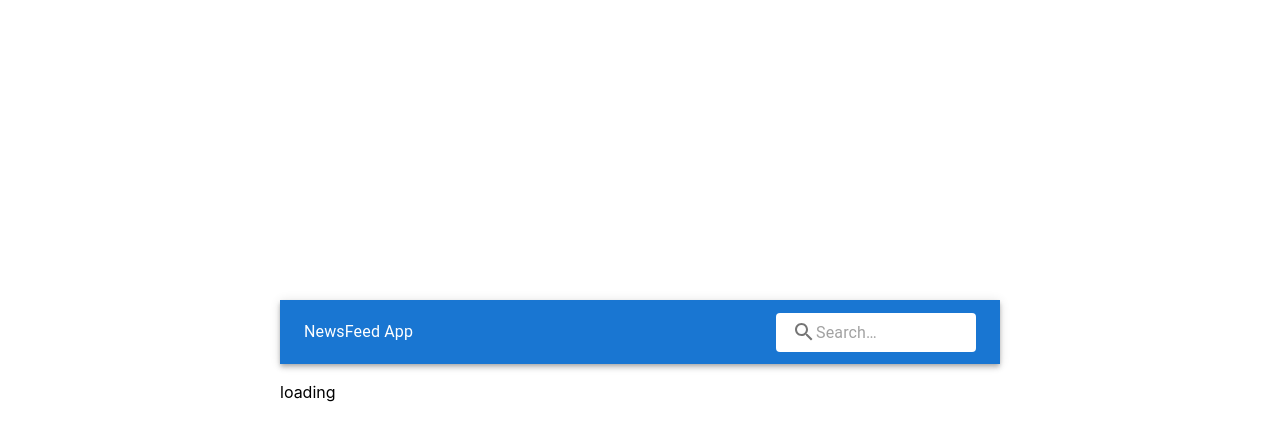
Repository: Baraajad231/News-Feed
Page: /
These files come from the project's save history. The page is drawn as it stood at one moment and after the next save; the edit follows.
The browser window is 1280 px wide. The pictures show the whole page.
The page's requests for data from a server got no answer. The project was rebuilt for these pictures with package versions that can differ from the ones it lists, and the page was loaded fresh each time. No one was signed in, and anything a server would have sent is missing. Also part of the build but not shown: vite.config.js, src/components/newsArticle.jsx.

Above is the page before, as saved 2026-03-20 18:50:21.

### index.html
<!doctype html>
<html lang="en">
  <head>
    <meta charset="UTF-8" />
    <link rel="icon" type="image/svg+xml" href="/favicon.svg" />
    <meta name="viewport" content="width=device-width, initial-scale=1.0" />
    <title>vite-project</title>
  </head>
  <body>
    <div id="root"></div>
    <script type="module" src="/src/main.jsx"></script>
  </body>
</html>

### src/index.css
:root {
  font-family: Inter, system-ui, Avenir, Helvetica, Arial, sans-serif;
  line-height: 1.5;
  font-weight: 400;
}

body {
  margin: 0 auto;
  display: flex;
  place-items: center;
  min-width: 320px;
  max-width: 768px;
  min-height: 100vh;
}

#root {
  width: 100%;
}

### src/App.jsx
import { Container } from "@mui/material";
import NewsFeed from "./components/NewsFeed";
import NewsHeader from "./components/NewsHeader";
import { useEffect, useState } from "react";

function App() {
  const [articles, setArticles] = useState([]);
  const [isLoading, setIsLoading] = useState(false);

  const loadData = async (q) => {
    setIsLoading(true);
    const response = await fetch(
      `https://newsapi.org/v2/top-headlines?country=us&q=${q}&apiKey=${import.meta.env.VITE_NEWS_API_KEY}`,
    );
    const data = await response.json();
    setIsLoading(true);

    return data?.articles?.map((article) => {
      const { title, description, urlToImage, author, publishedAt } = article;
      return { title, description, author, publishedAt, image: urlToImage };
    });
  };
  // تختصار ل data => setArticles(data)

  useEffect(() => {
    loadData("").then(setArticles);
  }, []);

  const searchChangeHandler = (newQuery) => {
    loadData(newQuery).then(setArticles);
  };
  return (
    <Container>
      <NewsHeader onSearchChange={searchChangeHandler} />
      {articles.length ? <NewsFeed articles={articles} /> : <p>loading</p>}
    </Container>
  );
}

export default App;

### src/components/NewsHeader.jsx
import AppBar from "@mui/material/AppBar";
import Toolbar from "@mui/material/Toolbar";
import Typography from "@mui/material/Typography";
import InputBase from "@mui/material/InputBase";
import SearchIcon from "@mui/icons-material/Search";
import { styled } from "@mui/material/styles";

const Search = styled("div")(({ theme }) => ({
  position: "relative",
  borderRadius: theme.shape.borderRadius,
  backgroundColor: theme.palette.common.white,
  "&:hover": {
    backgroundColor: theme.palette.common.white,
  },
  marginLeft: "auto",
  width: 200,
}));
const SearchIconWrapper = styled("div")(({ theme }) => ({
  padding: theme.spacing(0, 2),
  height: "100%",
  position: "absolute",
  pointerEvents: "none",
  display: "flex",
  alignItems: "center",
  justifyContent: "center",
}));
const StyledInputBase = styled(InputBase)(({ theme }) => ({
  color: theme.palette.text.primary,
  "& .MuiInputBase-input": {
    padding: theme.spacing(1, 1, 1, 5),
    transition: theme.transitions.create("width"),
    width: "100%",
  },
}));

const NewsHeader = ({ onSearchChange }) => {
  const handleShearchChange = (e) => {
    onSearchChange(e.target.value);
  };

  return (
    <AppBar position="static">
      <Toolbar>
        <Typography>NewsFeed App</Typography>
        <Search>
          <SearchIconWrapper>
            <SearchIcon color="action" />
          </SearchIconWrapper>
          <StyledInputBase
            placeholder="Search…"
            inputProps={{ "aria-label": "search" }}
            onChange={handleShearchChange}
          />
        </Search>
      </Toolbar>
    </AppBar>
  );
};

export default NewsHeader;

### src/components/NewsFeed.jsx
import NewsArticle from "./newsArticle";

const NewsFeed = ({ articles }) => {
  return (
    <div>
      {articles.map((article) => (
        <NewsArticle {...article} key={crypto.randomUUID()} />
      ))}
    </div>
  );
};

export default NewsFeed;

Loaded but not shown: src/main.jsx (common file)

After the next save:
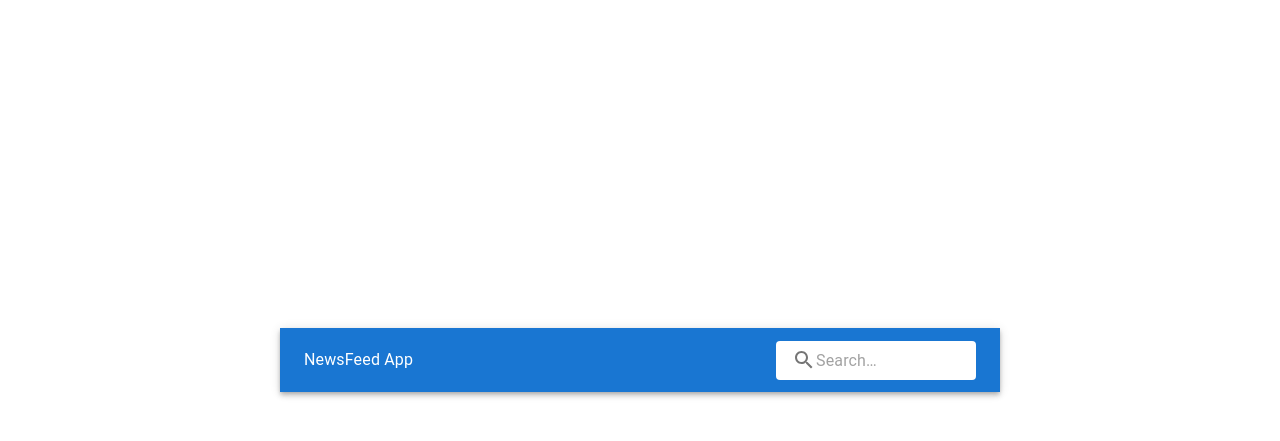
Saved 15 s later.
--- a/src/App.jsx
+++ b/src/App.jsx
@@ -32,7 +32,7 @@
   return (
     <Container>
       <NewsHeader onSearchChange={searchChangeHandler} />
-      {articles.length ? <NewsFeed articles={articles} /> : <p>loading</p>}
+      {isLoading ? <NewsFeed articles={articles} /> : <p>loading</p>}
     </Container>
   );
 }

After the save that followed:
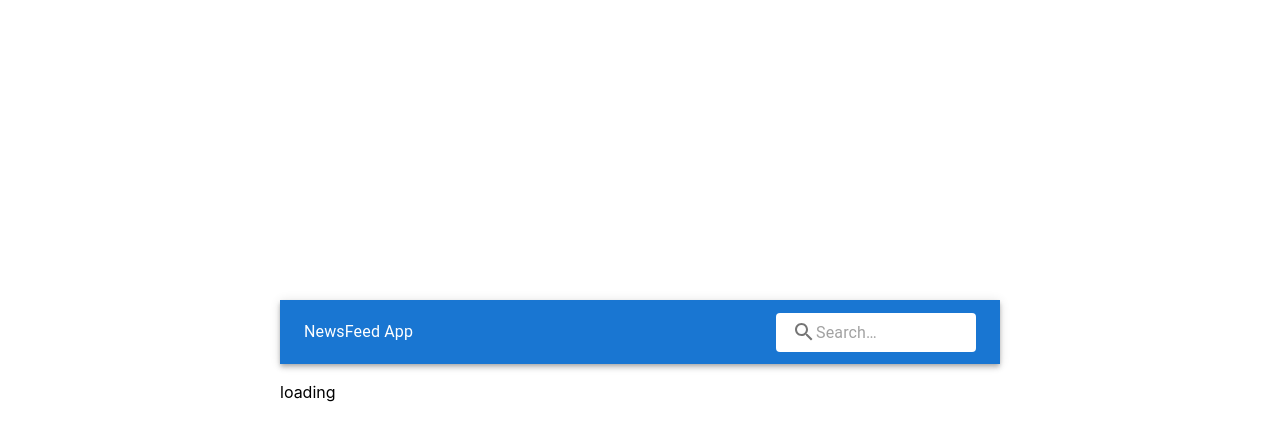
Saved 26 s later.
--- a/src/App.jsx
+++ b/src/App.jsx
@@ -32,7 +32,7 @@
   return (
     <Container>
       <NewsHeader onSearchChange={searchChangeHandler} />
-      {isLoading ? <NewsFeed articles={articles} /> : <p>loading</p>}
+      {isLoading ? <p>loading</p> : <NewsFeed articles={articles} />}
     </Container>
   );
 }
